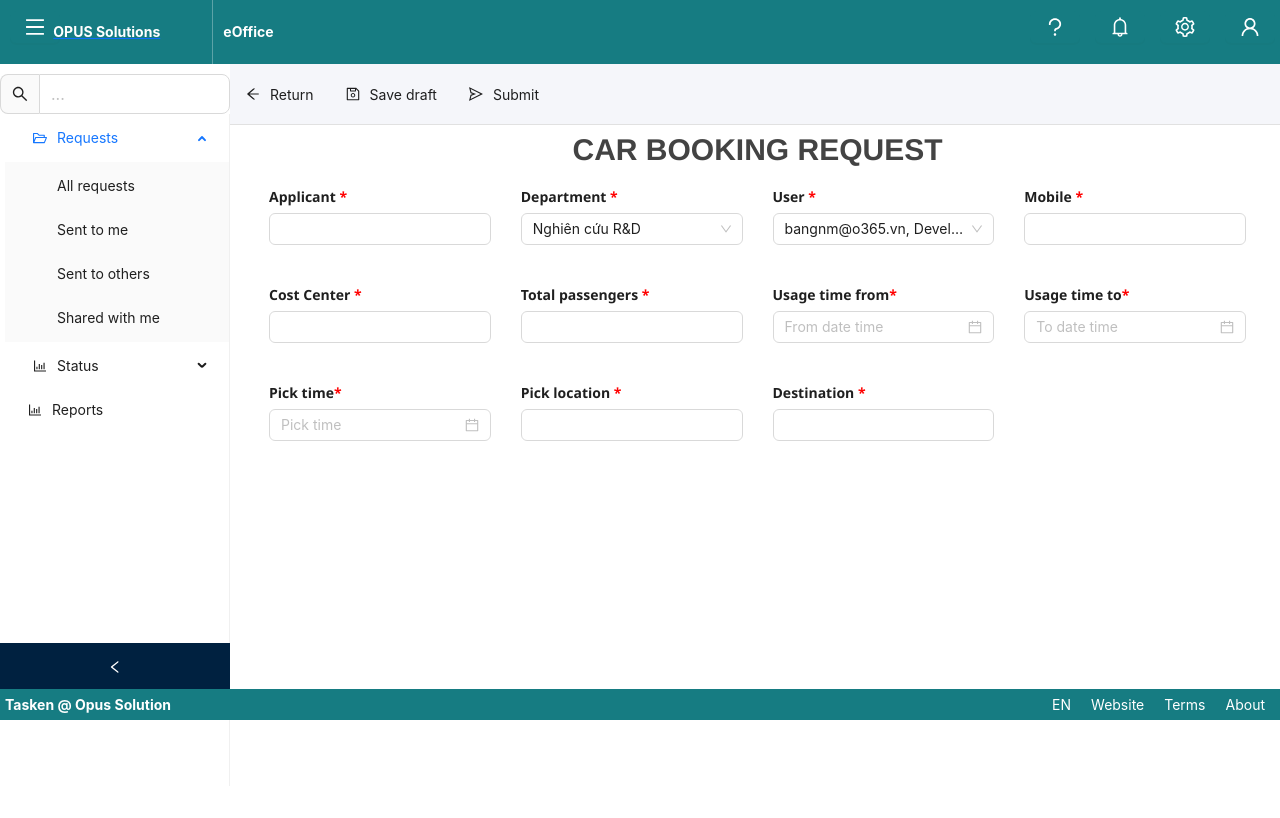
Repository: vannam272008/car-booking
Page: /request/addrequest
The author's editor kept a copy of each file at every save. The page is drawn from the files as they stood at one save, then again after the next save.
The browser window is 1280 px wide. The pictures show the whole page.
The project was rebuilt for these pictures with package versions that can differ from the ones it lists, and the page was loaded fresh each time. Also part of the build but not shown: src/Components/DetailRequest/Comments/comment.css, src/Components/DetailRequest/Comments/comment.tsx, src/Components/DetailRequest/Menu/menu.tsx, src/Components/DetailRequest/Detail/detail.tsx, src/Pages/ManageRequest/index.css, src/Pages/ManageRequest/ManageRequest.tsx. Imported but missing from the stored project, and not drawn on this page: src/Pages/Home.

Above is the page before, as saved 2023-07-06 16:07:09.

### src/index.tsx
import React from 'react';
import ReactDOM from 'react-dom/client';
import './index.css';
import App from './App';
import reportWebVitals from './reportWebVitals';
import { BrowserRouter } from 'react-router-dom';
import { Provider } from 'react-redux';
import { configureStore } from '@reduxjs/toolkit';
import requestReducer from './Reducers/requestReducer';
import { store } from './Store/store';


const root = ReactDOM.createRoot(
  document.getElementById('root') as HTMLElement
);
root.render(
  <Provider store={store}>
    <React.StrictMode>
      <BrowserRouter>
        <App />
      </BrowserRouter>
    </React.StrictMode>
  </Provider>
);

// If you want to start measuring performance in your app, pass a function
// to log results (for example: reportWebVitals(console.log))
// or send to an analytics endpoint. Learn more: https://bit.ly/CRA-vitals
reportWebVitals();

### src/App.tsx
import { Route, Routes } from 'react-router-dom';
import './App.css';
import Home from './Pages/Home';
import DetailRequest from './Components/DetailRequest/Detail/detail';
import ManageRequest from './Pages/ManageRequest/ManageRequest';
import AddRequest from './Components/AddRequest/AddRequest';


function App() {
  return (
    <Routes>
      <Route path="/" element={<Home />} />
      <Route path="/request/carbooking" element={<ManageRequest />} />
      <Route path="/request/detail" element={<DetailRequest />} />
      <Route path='/request/addrequest' element={<AddRequest />} />
      {/* <Route path="/employee/create" element={<AddEmployee />} />
        <Route path="/department/create" element={<AddDepartment />} /> */}
    </Routes>
  );
}

export default App;

### src/Store/store.ts
import requestReducer from "../Reducers/requestReducer";
import { configureStore, createStore } from "@reduxjs/toolkit";


// export const store = configureStore({
//     reduder: {
//         request: requestReducer
//     }
// });

export const store = createStore(requestReducer);

### src/Components/AddRequest/AddRequest/index.tsx
import React from 'react';
import MenuAdd from '../MenuAdd';
import RequestLayout from '../../RequestLayout';
import { Col, Input, Row, Form, Select, DatePicker } from 'antd';


function AddRequest(): JSX.Element {
    const profile = false;
    const { Option } = Select;


    return (
        <RequestLayout profile={profile}>
            {() => (
                <div className='page-request'>
                    <MenuAdd />
                    <div className='page-content'>
                        <div className='table-request'>
                            <h2 className='title-request'>CAR BOOKING REQUEST</h2>
                            <div className='table-content'>
                                <Form>
                                    <Row className='row-request'>
                                        <Col span={6} className='col-request'>
                                            <label>Applicant <span className='required'>*</span></label>
                                            <Form.Item
                                                name="Applicant"
                                                rules={[
                                                    {
                                                        required: true,
                                                    },
                                                ]}>
                                                <Input></Input>
                                            </Form.Item>
                                        </Col>
                                        <Col span={6} className='col-request'>
                                            <label>Department <span className='required'>*</span></label>
                                            <Form.Item
                                                name="Department"
                                                rules={[
                                                    {
                                                        required: true,
                                                        message: 'Select something!',
                                                    },
                                                ]}
                                                initialValue="1"
                                            >
                                                <Select>
                                                    <Option value="1">
                                                        Nghiên cứu R&D                                                    </Option>
                                                    <Option value="2">
                                                        IT/ Technical                                                    </Option>
                                                </Select>
                                            </Form.Item>
                                        </Col>
                                        <Col span={6} className='col-request'>
                                            <label>User <span className='required'>*</span></label>
                                            <Form.Item
                                                name="User"
                                                rules={[
                                                    {
                                                        required: true,
                                                        message: 'Select something!',
                                                    },
                                                ]}
                                                initialValue="1"
                                            >
                                                <Select>
                                                    <Option value="1">
                                                        bangnm@o365.vn, Developer
                                                    </Option>
                                                    <Option value="2">
                                                        bu.test5@o365.vn, Tài xế
                                                    </Option>
                                                </Select>
                                            </Form.Item>
                                        </Col>
                                        <Col span={6} className='col-request'>
                                            <label>Mobile <span className='required'>*</span></label>
                                            <Form.Item
                                                name="Mobile"
                                                rules={[
                                                    {
                                                        required: true,
                                                    },
                                                ]}>
                                                <Input></Input>
                                            </Form.Item>
                                        </Col>
                                    </Row>
                                    <Row className='row-request'>
                                        <Col span={6} className='col-request'>
                                            <label>Cost Center <span className='required'>*</span></label>
                                            <Form.Item
                                                name="CostCenter"
                                                rules={[
                                                    {
                                                        required: true,
                                                    },
                                                ]}>
                                                <Input></Input>
                                            </Form.Item>
                                        </Col>
                                        <Col span={6} className='col-request'>
                                            <label>Total passengers <span className='required'>*</span></label>
                                            <Form.Item
                                                name="Totalpassengers"
                                                rules={[
                                                    {
                                                        required: true,
                                                    },
                                                ]}>
                                                <Input></Input>
                                            </Form.Item>
                                        </Col>
                                        <Col span={6} className='col-request'>
                                            <label>Usage time from<span className='required'>*</span></label>
                                            <Form.Item>
                                                <DatePicker placeholder='From date time' style={{ width: '100%' }} />
                                            </Form.Item>
                                        </Col>
                                        <Col span={6} className='col-request'>
                                            <label>Usage time to<span className='required'>*</span></label>
                                            <Form.Item>
                                                <DatePicker placeholder='To date time' style={{ width: '100%' }} />
                                            </Form.Item>
                                        </Col>
                                    </Row>
                                    <Row className='row-request'>
                                        <Col span={6} className='col-request'>
                                            <label>Pick time<span className='required'>*</span></label>
                                            <Form.Item>
                                                <DatePicker placeholder='Pick time' style={{ width: '100%' }} />
                                            </Form.Item>
                                        </Col>
                                        <Col span={6} className='col-request'>
                                            <label>Pick location <span className='required'>*</span></label>
                                            <Form.Item
                                                name="Picklocation"
                                                rules={[
                                                    {
                                                        required: true,
                                                    },
                                                ]}>
                                                <Input></Input>
                                            </Form.Item>
                                        </Col>
                                        <Col span={6} className='col-request'>
                                            <label>Destination <span className='required'>*</span></label>
                                            <Form.Item
                                                name="Destination"
                                                rules={[
                                                    {
                                                        required: true,
                                                    },
                                                ]}>
                                                <Input></Input>
                                            </Form.Item>
                                        </Col>
                                    </Row>
                                </Form>
                            </div>
                        </div>
                    </div>
                </div>
            )}
        </RequestLayout>
    );
}

export default AddRequest;

### src/Reducers/requestReducer.ts
// interface RequestState {
//     requestList: string[]
// }

const initState = {
    requestList: [],
    success: true,
}

const requestReducer = (state = initState, action: { type: any; payload: any }) => {
    switch (action.type) {
        case 'SET_REQUEST_LIST':
            return {
                ...state,
                requestList: action.payload,
                success: false
            }
        default:
            return state
    }
}

export default requestReducer

### src/Components/RequestLayout/index.jsx
import React, { useState } from 'react';
import { LaptopOutlined, NotificationOutlined, UserOutlined } from '@ant-design/icons';
import { Layout, theme } from 'antd';
import AppHeader from '../../Components/AppHeader';
import AppSider from '../../Components/AppSider';
import AppFooter from '../../Components/AppFooter';

import "./RequestLayout.scss";

const { Content } = Layout;

const RequestLayout = ({ profile, children }) => {
    const {
        token: { colorBgContainer },
    } = theme.useToken();

    return (
        <div className='manage-request'>
            <AppHeader />
            <Content>
                <Layout style={{ padding: '24px 0', background: colorBgContainer }}>
                    <AppSider profile={profile} />
                    <Layout style={{ padding: '24px 0', background: colorBgContainer }}>
                        <Content style={{ padding: '0 24px', minHeight: 280 }}>
                            {children()}
                        </Content>
                    </Layout>
                </Layout>
            </Content>
            <AppFooter />
        </div>


    );
};

export default RequestLayout;

### src/Components/DetailRequest/Detail/detail.css
*{
    box-sizing: border-box;
  }
  .required {
    color: red;
  }
  .page-request{
    min-height: calc(100vh - 83px);
    transition: all 0.3s;
    background-color: #ffffff;
    font-family: "Helvetica Neue",Helvetica,Arial,sans-serif;
    font-size: 14px;
    line-height: 1.42857143;
    color: #333;
    background-color: #fff;
  }
  .page-content{
    margin-top: 85px;
    margin-right: -20px;
    padding-right: 15px;
  }
  .info-request > p{
    width: 100%;
    font-weight: 700;
  }

  /* .table-request > p{
    font-size: 1.1em;
    font-weight: 300;
    line-height: 1.7em;
    color: #130e0e;
    margin: 0 0 10px;
    display: block;
    margin-block-start: 1em;
    margin-block-end: 1em;
    margin-inline-start: 0px;
    margin-inline-end: 0px;
  } */

  .title-request{
    color: #434343;
    text-align: center;
    font-size: 30px;
    margin-top: 20px;
    margin-bottom: 20px;
    font-family: inherit;
    font-weight: 500;
    line-height: 1.1;
    font-weight: 700;

  }

  .table-content{
    font-family: "Segoe UI";
    font-size: 14px;
    line-height: 1.42857143;
  }

  /* .row1-request  {

  } */
  /* .row-request .Row .Col  {
    width: 100%;
  } */

  .col-request{
    margin-bottom: 15px;
    position: relative;
    min-height: 1px;
    padding-right: 15px;
    padding-left: 15px;
  }

  .col-request > label{
    display: inline-block;
    max-width: 100%;
    margin-bottom: 5px;
    font-weight: 700;
    cursor: default;
    font-family: "Segoe UI";
  }
  .attention-radio{
    margin-top: 30px;
    margin-bottom: 30px;
    font-family: "Segoe UI";
  }

  .attention-radio > p{
    font-size: 1.1em;
    font-weight: 300;
    line-height: 1.7em;
    color: #130e0e;
  }

  /* .Attachment > b{
    font-weight: 700;
  } */
  .approver{
    margin-bottom: 15px;
    position: relative;
    min-height: 1px;
    padding-right: 15px;
    padding-left: 15px;
  }

  .approvers > p{
    font-size: 1.1em;
    font-weight: 300;
    line-height: 1.7em;
    color: #130e0e;
    margin: 0 0 10px;
  }

  .approver > label{
    display: inline-block;
    max-width: 100%;
    margin-bottom: 5px;
    font-weight: 700;
    cursor: default;
  }

### src/Components/AddRequest/MenuAdd/index.tsx
import React from 'react';
import { Menu } from 'antd';
import {
    ArrowLeftOutlined,
    SaveOutlined,
    SendOutlined
} from '@ant-design/icons';
import './menuAdd.css'

function MenuAdd(): JSX.Element {
    return (
        <div>
            <Menu mode="horizontal" className='fixed-menu '>
                <Menu.Item key="return" icon={<ArrowLeftOutlined />}>
                    Return
                </Menu.Item>
                <Menu.Item key="savedraft" icon={<SaveOutlined />}>
                    Save draft
                </Menu.Item>
                <Menu.Item key="submit" icon={<SendOutlined />}>
                    Submit
                </Menu.Item>
            </Menu>
        </div>
    );
}

export default MenuAdd;

### src/Components/DetailRequest/Menu/menu.css
.fixed-menu {
    position: fixed;
    top: 64px;
    width: 100%;
    z-index: 999;
    border-bottom: 1px solid #e1e1e1;
    border-top-left-radius: 0;
    background-color: rgb(245,246,250);
    min-height: 61px;
    display: flex;
    align-items: center;
    flex-wrap: wrap;
    margin-left: -24px;
}

.fixed-menu .Menu.Item {
    white-space: nowrap;
    margin: 0 10px;
    color: #8894A1;
    font-weight: 500;
    text-decoration: none;
    outline: none;
    transition: all 0.3s;
    cursor: pointer;
    background-color: transparent;
}

### src/Components/AppSider/index.tsx
import React, { useState } from 'react';
import type { MenuProps } from 'antd';
import { Layout, Menu, theme, Space } from 'antd';
import { Input } from 'antd';

import { FolderOpenOutlined, BarChartOutlined, SearchOutlined, SettingOutlined } from '@ant-design/icons';
import "./AppSider.scss";



const { Sider } = Layout;

type MenuItem = Required<MenuProps>['items'][number];

function getItem(
    label: React.ReactNode,
    key: React.Key,
    icon?: React.ReactNode,
    children?: MenuItem[],
    type?: 'group',
): MenuItem {
    return {
        key,
        icon,
        children,
        label,
        type,
    } as MenuItem;
}



const AppSider = (props: any) => {

    const items: MenuProps['items'] = [
        getItem('Requests', 'requests', <FolderOpenOutlined />, [
            getItem('All requests', 'all-request'),
            getItem('Sent to me', 'sent-to-me'),
            getItem('Sent to others', 'sent-to-others'),
            getItem('Shared with me', 'shared-with-me'),
        ]),

        getItem('Status', 'status', <BarChartOutlined />, [
            getItem('Draft', 'draft'),
            getItem('Approving', 'approving'),
            getItem('Approved', 'approved'),
            getItem('Rejected', 'rejected'),
        ]),

        getItem('Reports', 'reports', <BarChartOutlined />),

    ];

    const profileItems: MenuProps['items'] = [

        getItem('Setting', 'setting', <SettingOutlined />),

    ];

    const [openItem, setOpenItem] = useState('requests');

    const handleClick: MenuProps['onClick'] = (e) => {
        console.log('click ', e);
    };
    const [collapsed, setCollapsed] = useState(false);
    const {
        token: { colorBgContainer },
    } = theme.useToken();
    return (
        <Sider collapsible collapsed={collapsed} onCollapse={(value) => setCollapsed(value)} style={{ background: colorBgContainer }} width={230}>
            <Space.Compact size="large">
                <Input addonBefore={<SearchOutlined />} placeholder="..." />
            </Space.Compact>
            <Menu
                mode="inline"
                defaultSelectedKeys={[openItem]}
                defaultOpenKeys={['requests']}
                openKeys={[openItem]}
                style={{ height: '100%' }}
                items={props.profile ? profileItems : items}
                onClick={handleClick}
                onOpenChange={(openKey) => {
                    setOpenItem(openKey[1])
                }}
            />
        </Sider>


    )
}

export default AppSider;

### src/Components/AppFooter/index.tsx
import { Layout } from 'antd';
import "./AppFooter.scss";

const { Footer } = Layout

const AppFooter = () => {
    return (
        <Footer className='mcs-footer'>
            <div>
                <span className='footer-left'><b>Tasken @ Opus Solution</b></span>
                <div className='footer-right'>
                    <span>EN</span>
                    <span>Website</span>
                    <span>Terms</span>
                    <span>About</span>
                </div>
            </div>

        </Footer>)
}

export default AppFooter;

### src/Components/AppSider/AppSider.scss
.ant-layout {
        & li {
                padding-left: 5px;
        }

        & .ant-layout-sider {
                position: sticky;
                left: 0;
                margin-top: 50px;



        }

        & .ant-layout-sider-children {}

        & .ant-layout-sider-trigger {
                margin-bottom: 29px;
        }
}

### src/Components/AppFooter/AppFooter.scss
.mcs-footer {
    background-color: #167c82;
    color: #fff;
    position: fixed;
    width: 100%;
    bottom: 0;
    padding: 5px;

    & .footer-left {
        float: left;
    }

    & .footer-right {
        float: right;

        & span {
            padding-left: 10px;
            padding-right: 10px;
        }
    }
}

Loaded but not shown: public/index.html (common file); src/index.css (common file); src/reportWebVitals.ts (common file); src/App.css (common file); src/Components/AppHeader/index.tsx (200 lines, source omitted); src/Components/AppHeader/AppHeader.scss (220 lines, source omitted); src/Components/AddRequest/MenuAdd/menuAdd.css (no stored copy; drawn as an empty file); src/Components/RequestLayout/RequestLayout.scss (no stored copy; drawn as an empty file)

After the next save:
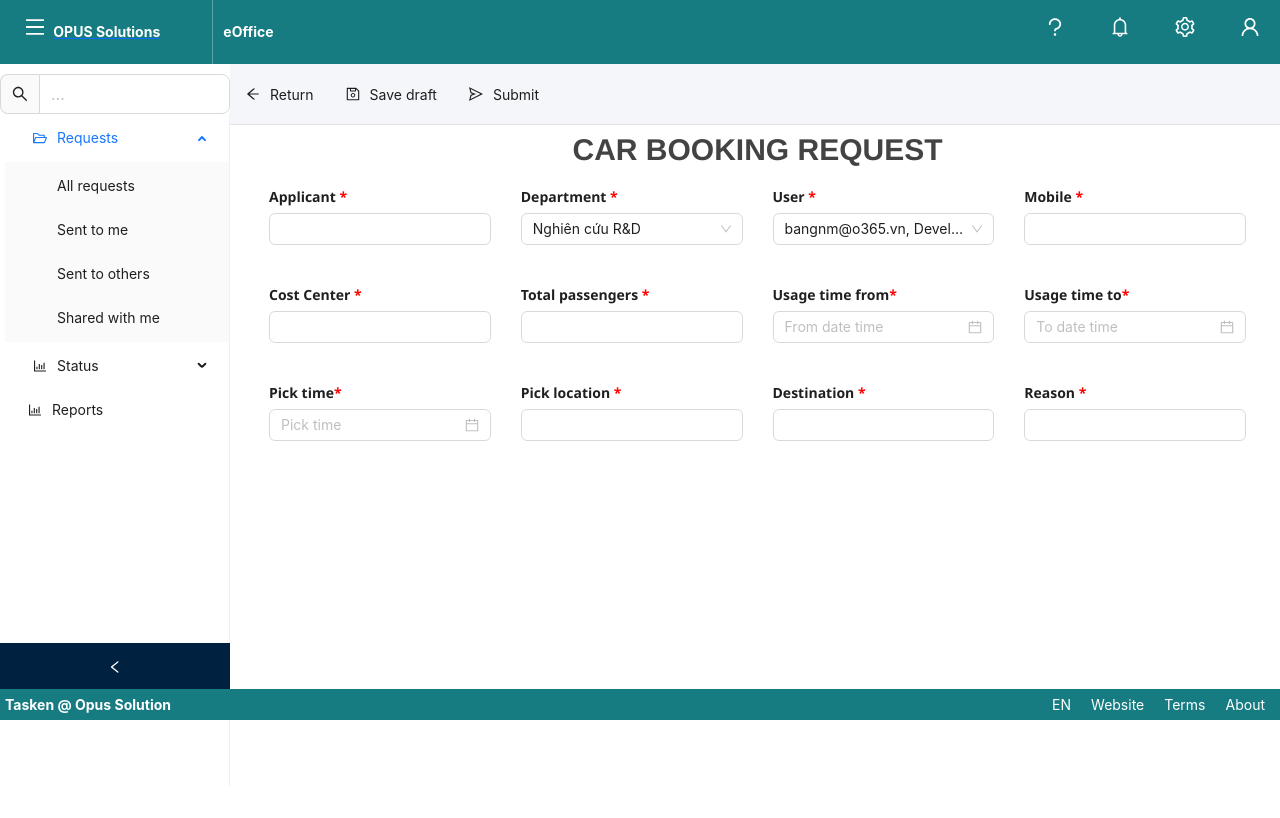
Saved 35 s later.
--- a/src/Components/AddRequest/AddRequest/index.tsx
+++ b/src/Components/AddRequest/AddRequest/index.tsx
@@ -156,6 +156,18 @@ function AddRequest(): JSX.Element {
                                                 <Input></Input>
                                             </Form.Item>
                                         </Col>
+                                        <Col span={6} className='col-request'>
+                                            <label>Reason <span className='required'>*</span></label>
+                                            <Form.Item
+                                                name="Reason"
+                                                rules={[
+                                                    {
+                                                        required: true,
+                                                    },
+                                                ]}>
+                                                <Input></Input>
+                                            </Form.Item>
+                                        </Col>
                                     </Row>
                                 </Form>
                             </div>
